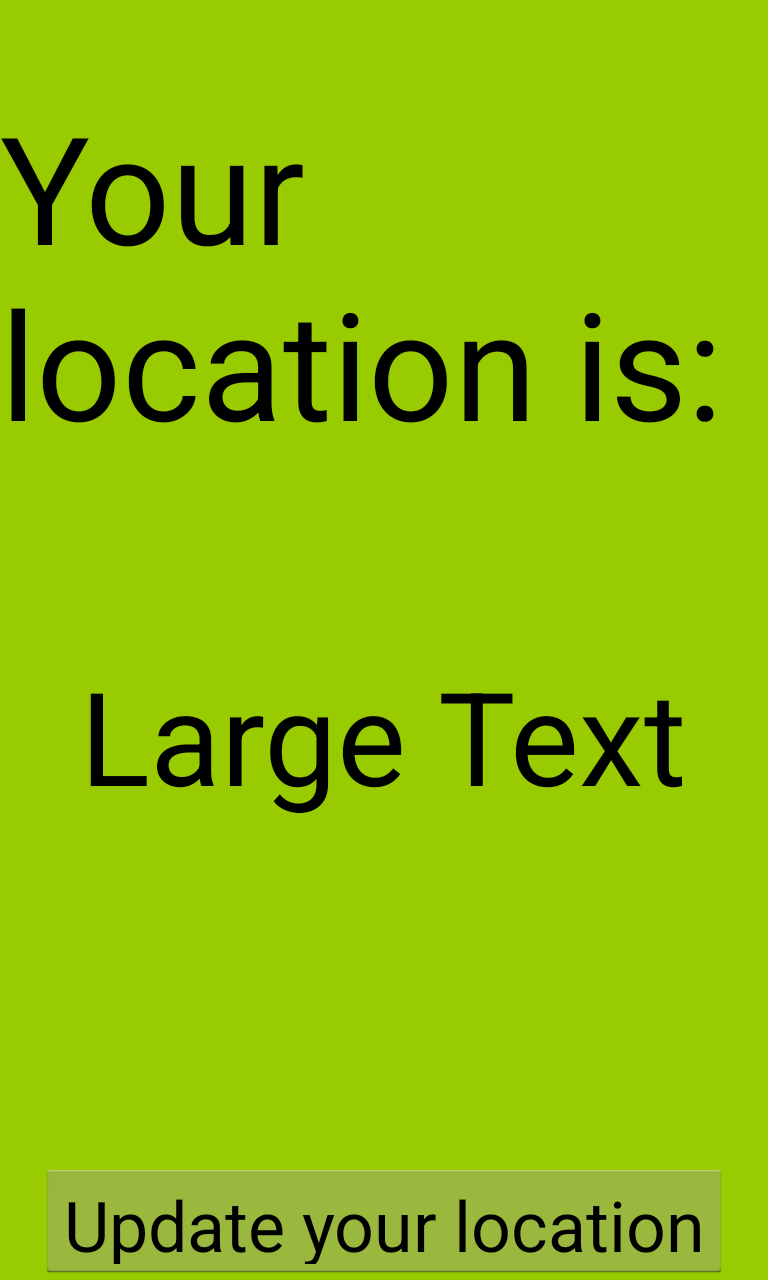
Repository: yasith/OnlyLocal
Layout: Only Local/res/layout/activity_start.xml
These files come from the project's save history. The layout is drawn as it stood at one moment and after the next save; the edit follows.
It is drawn on a 768 x 1280 px phone screen (xhdpi) without system bars, with theme AppTheme; the app's code is not run.

Above is the layout before, as saved 2012-07-25 17:50:11.

### Only Local/res/layout/activity_start.xml
<RelativeLayout xmlns:android="http://schemas.android.com/apk/res/android"
    xmlns:tools="http://schemas.android.com/tools"
    android:layout_width="match_parent"
    android:layout_height="match_parent"
    android:background="#99CC00" >

    <TextView
        android:id="@+id/textView1"
        android:layout_width="wrap_content"
        android:layout_height="wrap_content"
        android:layout_alignParentTop="true"
        android:layout_centerHorizontal="true"
        android:layout_marginTop="43dp"
        android:text="@string/loc"
        android:textAppearance="?android:attr/textAppearanceLarge"
        android:textSize="75dp" />

    <TextView
        android:id="@+id/textView2"
        android:layout_width="wrap_content"
        android:layout_height="wrap_content"
        android:layout_below="@+id/textView1"
        android:layout_centerHorizontal="true"
        android:layout_marginTop="93dp"
        android:text="Large Text"
        android:textAppearance="?android:attr/textAppearanceLarge"
        android:textSize="65dp" />

    <Button
        android:id="@+id/button1"
        android:layout_width="wrap_content"
        android:layout_height="wrap_content"
        android:layout_below="@+id/textView2"
        android:layout_centerHorizontal="true"
        android:layout_marginTop="170dp"
        android:textSize="35dp"
        android:onClick="updateLocation"
        android:text="@string/change" />

    <Button
        android:id="@+id/button2"
        android:layout_width="wrap_content"
        android:layout_height="wrap_content"
        android:layout_below="@+id/button1"
        android:layout_centerHorizontal="true"
        android:textSize="40dp"
        android:layout_marginTop="169dp"
        android:text="@string/search" />

</RelativeLayout>

### Only Local/res/values/strings.xml
<resources>

    <string name="app_name">Only Local</string>
    <string name="hello_world">Hello world!</string>
    <string name="menu_settings">Settings</string>
    <string name="title_activity_start">StartActivity</string>
    <string name="search">Find nearby Farmer\'s Markets!</string>
    <string name="loc">Your location is:</string>
    <string name="change">Update your location</string>

</resources>

Loaded but not shown: Only Local/res/values-v11/styles.xml (common file); Only Local/res/values-v14/styles.xml (common file); Only Local/res/values/styles.xml (common file)

After the next save:
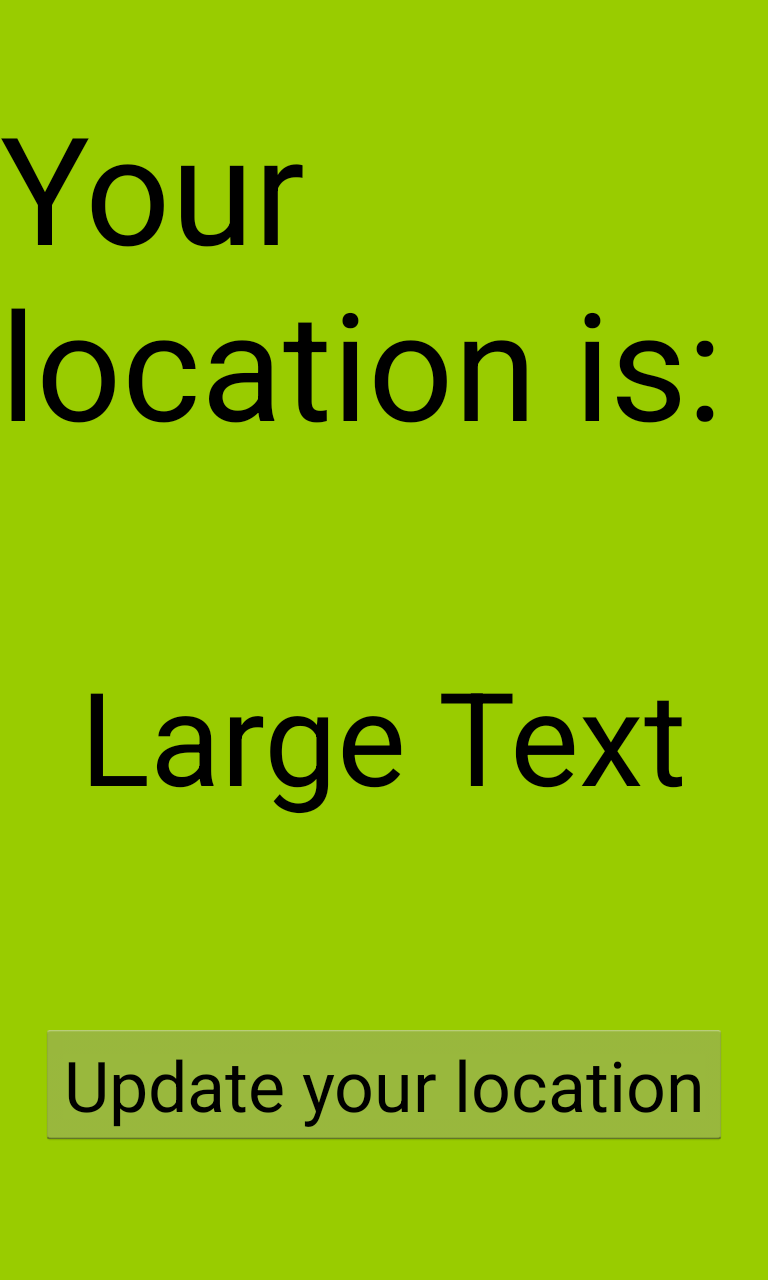
Saved 32 s later.
--- a/Only Local/res/layout/activity_start.xml
+++ b/Only Local/res/layout/activity_start.xml
@@ -32,7 +32,7 @@
         android:layout_height="wrap_content"
         android:layout_below="@+id/textView2"
         android:layout_centerHorizontal="true"
-        android:layout_marginTop="170dp"
+        android:layout_marginTop="100dp"
         android:textSize="35dp"
         android:onClick="updateLocation"
         android:text="@string/change" />
